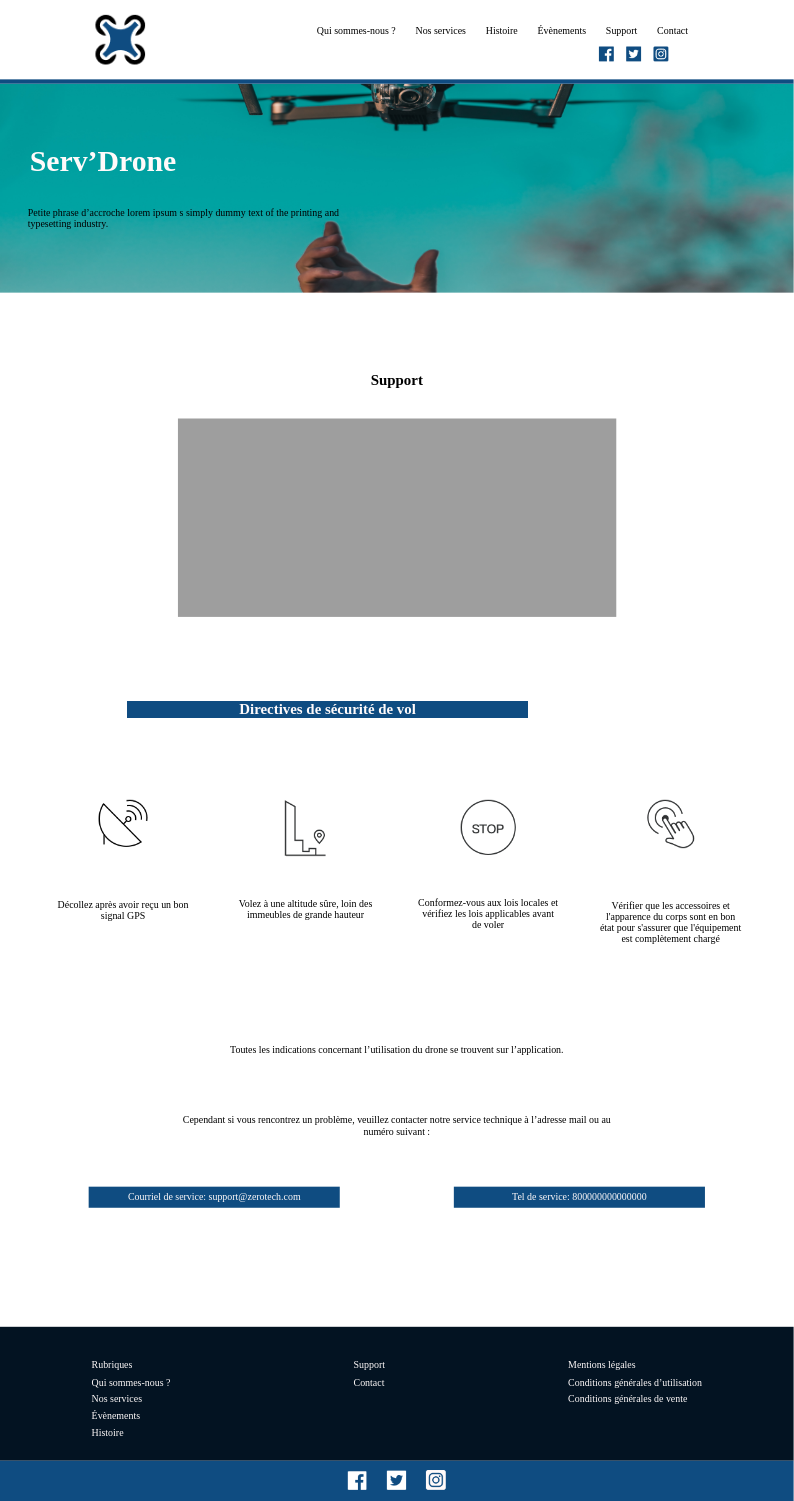
Repository: clairedupuich/serv_drone
Page: http://localhost/support.html
The author's editor kept a copy of each file at every save. The page is drawn from the files as they stood at one save, then again after the next save.
The browser window is 1280 px wide. The pictures show the whole page, at 62% of full size.
Pictures or frames that could not be fetched are drawn as grey boxes. The page is run by PHP 8.4 with error messages shown; the project is at /var/www/html/.

Above is the page before, as saved 2020-10-29 23:47:40.

### support.html
<!DOCTYPE html>
<html lang="en">

<head>
    <meta charset="UTF-8">
    <meta name="viewport" content="width=device-width, initial-scale=1.0">
    <title>Document</title>
    <link rel="stylesheet" href="style.css">
</head>

<body>
    <header>
        <section class="navLogo">
            <img src="img/Group 5.png" class="logo">
            <div class="navAndIcon">
                <ul class="nav">
                    <li class=""> <a href=""> Qui sommes-nous ?</a></li>
                    <li class=""> <a href=""> Nos services</a></li>
                    <li class=""> <a href=""> Histoire</a></li>
                    <li class=""> <a href=""> Évènements</a></li>
                    <li class=""> <a href=""> Support</a></li>
                    <li class=""> <a href=""> Contact</a></li>
                </ul>

                <div class="iconHeader">
                  <a href="" class="iconHaut"><img src="img/Vector.png" alt=""></a>
                  <a href="" class="iconHaut"><img src="img/Vector(1).png" alt=""></a>
                  <a href="" class="iconHaut"><img src="img/Vector(2).png" alt=""></a>
                </div>
            </div>
        </section>
        <section class="grandImg">
            <h2>Serv’Drone</h2>
            <p class="inHeaderP">Petite phrase d’accroche lorem ipsum s simply dummy text
                of the printing and typesetting industry.</p>
        </section>
    </header>
    <section class="contenueSupport">
        <section class="videoDiv">
            <h2>Support</h2>
            <iframe width="60%" min-width="320px" height="320px" src="https://www.youtube.com/embed/rnkqKYyqMcI" frameborder="0"
                allow="accelerometer; autoplay; clipboard-write; encrypted-media; gyroscope; picture-in-picture"
                allowfullscreen></iframe>
        </section>
        <h2 class="titreIcon">Directives de sécurité de vol</h2>
        <section class="iconText">
            <figure class="fig">
                <img src="img/index7.png" alt="" class="icon icon1" />
                <figcaption>Décollez après avoir reçu un bon signal GPS</figcaption>
            </figure>
            <figure class="fig">
                <img src="img/index5.png" alt="" class="icon" />
                <figcaption>Volez à une altitude sûre, loin des immeubles de grande hauteur</figcaption>
            </figure>
            <figure class="fig">
                <img src="img/index4.png" alt="" class="icon" />
                <figcaption>Conformez-vous aux lois locales et vérifiez les lois applicables avant de voler</figcaption>
            </figure>
            <figure class="fig">
                <img  src="img/index6.png" alt="" class="icon icon4" />
                <figcaption>Vérifier que les accessoires et l'apparence du corps sont en bon état pour s'assurer que
                    l'équipement est complètement chargé</figcaption>
            </figure>
        </section>
        <section class="">
            <p class="repaire">Toutes les indications concernant l’utilisation du drone se trouvent sur l’application.</p>
            <p class="repaire">Cependant si vous rencontrez un problème, veuillez contacter notre service technique à l’adresse mail ou au numéro suivant :</p>
            <div class="teleMail">
                <p class="tele">Courriel de service: support@zerotech.com</p>
                <p class="mail">Tel de service: 800000000000000</p>
            </div>
        </section>
    </section>
    <footer>
        <div class="textFooterC">
            <div class="texFooter">
                <a href="" class="textFooterEle">Rubriques</a>
                <a href="" class="textFooterEle">Qui sommes-nous ? </a>
                <a href="" class="textFooterEle">Nos services</a>
                <a href="" class="textFooterEle">Évènements</a>
                <a href="" class="textFooterEle">Histoire</a>


            </div>
            <div class="texFooter">
                <a href="" class="textFooterEle">Support</a>
                <a href="" class="textFooterEle">Contact</a>
            </div>
            <div class="texFooter">
                <a href="" class="textFooterEle">Mentions légales</a>
                <a href="" class="textFooterEle">Conditions générales d’utilisation</a>
                <a href="" class="textFooterEle">Conditions générales de vente</a>
            </div>
        </div>
        <div class="iconsFooter">
               <img src="img/Vector 1.png" alt="" class="iconFooter">
               <img src="img/Vector2.png" alt="" class="iconFooter">
               <img src="img/Vector 3.png" alt="" class="iconFooter">
        </div>
    </footer>
</body>

</html>

### style.css
/* header commence ci-desous */
.navLogo {
    display: flex;
    flex-wrap: wrap;
    flex-direction: row;
    justify-content: space-around;
    align-items: center;
    padding: 1.5em;
}
.logo {
    width: 5em;
    height: 5em;
    margin-left: 0;
}
.nav {
    display: flex;
    flex-wrap: wrap;
    flex-direction: row;
    justify-content: space-between;
    margin-bottom: 0;
}
.nav > li {
    text-decoration: none;
    transition-property: transform;
    transition-duration: .2s;
    transform: scale(1);
    padding: 1em;
    list-style: none;
}
.nav > li > a {
    list-style: none;
    color:black;
    text-decoration: none;

}
.nav > li:hover {
    transform: scale(1.3);
    color: rgb(10, 23, 204);

}

.nav > li > a:hover {
    transform: scale(1.3);
    color: rgb(10, 23, 204);

}
.iconHeader {
    text-align: end;
   margin-right: 3em;
}
.iconHaut {
    margin-left: 1em;
}
.grandImg {
    background-image: url(img/headerimg.png);
    border-top: 7px solid #0F4C81;
    background-repeat: no-repeat;
    background-origin: border-box;
    background-position: center;
}
.grandImg > h2 {
    color: snow;
    font-size:3em ;
    margin: 0 auto 1em 1em;
    padding-top: 2em;
}
.inHeaderP {
    width: 40%;
    margin-bottom: 7em;
    padding-bottom: 8%;
    padding-left: 3.5%;
}
@media screen and (max-width: 770px) {
    .inHeaderP {
        width: 70%;
        margin-bottom: 6em;
        padding: 8% auto;
    }
    .grandImg > h2 {
        color: snow;
        font-size:2em ;
        margin: 0 auto 1em 1em;
        padding-top: 2em;
    }
}
/* page support commence */
*{
    margin: 0;
    padding: 0;
}
.videoDiv,
.iconText, {
    margin-bottom: 7em;
}
.contenueSupport {
   margin: 4em auto;
   padding: 1em 4%;
   text-align: center;
}
iframe {
    min-width: 300px;
}
.videoDiv > h2 {
   margin-bottom: 2em;
}

/* les icons de page support commence */
.titreIcon {
    color: snow;
    background-color: #0F4C81;
    background-clip: content-box;
    margin: 5em 12%;
    padding: .5em;
    width: 55%;
}

.iconText {
    display: flex;
    flex-direction: row;
    flex-wrap: wrap;
    justify-content: space-around;
}
.fig {
    width: 25%;
    margin-bottom: 7em;
}
.icon {
    margin-bottom: 2em;
}
.icon1,
.icon4 {
    margin-bottom: 3em;
}
.fig > figcaption {
    text-align: center;
    padding: 2em;
}

.repaire {
    margin-bottom: 4em;
    padding: 1em 15em;
}
.teleMail {
    display: flex;
    flex-direction: row;
    flex-wrap: wrap;
    justify-content: space-around;
}
.tele,
.mail {
    color: snow;
    background-color: #0F4C81;
    margin-bottom: 3em;
    padding: .5em;
    width: 33%;
}

/* page qui somme nous commence */
.quiHaut {
    text-align: center;
    background-color: #031322;
    background-clip: border-box;
    padding: 3em 17%;
    color: snow;
}
.littleTitre {
    font-weight: bold;
    padding: 2em;
    font-size: 1.2em;
}
.quiText {
    padding-bottom: 9em;
    line-height: 1.5em;
    text-align: justify;
}
.chefs {
    /* background-color: #031322; */
    background-clip: border-box;
    padding:2em 8%;
   /*  color: snow; */
}
.chefs > h4 {
    margin-left: 4em;
}
.man {
    display: flex;
    flex-wrap: wrap;
    flex-direction: row;
    justify-content: space-around;
    margin-bottom: 6em;
}
.imgMan2 {
    display: none;
}
.manText {
    width: 35%;
    text-align: justify;

}
@media screen and (max-width: 380px){
    .manText {
        width: 65%;
        text-align: justify;

    }
    .imgMan2 {
        display: block;
    }
    .imgManComputer {
        display: none;
    }
}

/* footer commence */
footer {

    color: snow;
    margin-top: 8em;
}
.textFooterC {
    background-color: #031322;
    display: flex;
    flex-direction: row;
    flex-wrap: wrap;
    justify-content: space-around;
    padding-top: 3em;
    padding-bottom: 2em;
}
.texFooter {
    display: flex;
    flex-direction: column;
    line-height: 1.7em;
    background-clip: border-box;
}
/* .textFooter2 {
    margin-right: 19em;
} */
.textFooterEle {
    text-decoration: none;
    list-style: none;
    color: snow;
}
.iconsFooter {
    background-color: #0F4C81;
    text-align: center;
}
.iconFooter{
   padding: 0.9em;
}

/* page contact commence */
.contenueContact {
    padding:2em 9%;
    background-color: #f2f3f3;
    background-clip: border-box;
}
.contact {
    display: flex;
    flex-direction: row;
    flex-wrap: wrap;
    justify-content: space-around;
    margin-bottom: 3em;
}
.contact > p {
    background-color: #ffffff;
    padding: 10% 2em;
    border-radius: 3em;
    margin-bottom: 1.5em;

}
.contact > p > span {
    font-size: 1.5em;
    display: block;
    margin-bottom: 1em;
}
.contact_img {
    border-radius: 3em;
    width: 40%;
    min-width: 20em;
}

/* formulaire ci-desous */
.cont h2 {
    margin: 6em auto 2em;
    text-align: center;
    width: 80%;
}

.hform {

    background-image: url(img/drone2.png);
    background-repeat: no-repeat;
    background-position-x: right;
    background-position-y: top;
}

.cont h3 {
    margin-bottom: 1em;
}

.contat-p {
    padding: 8px auto;
}

form {
    margin-top: 1.5em;

}

.nomemail {
    display: flex;
    flex-direction: row;
    flex-wrap: wrap;
    justify-content: space-between;

}

.form-nom {
    width: 40%;
    min-width: 16em;
}

.form-emil {
    width: 40%;
    margin-right:.5em;
    min-width: 16em;
}

.name {

    color: rgb(39, 37, 37);
    padding: 1em;
    width: 100%;
    margin: 0.7em auto;
}

.textarea {
    width: 100%;
    padding: 1.5em;
    font-size: 1em;
    margin-bottom: 2em;
    font-style: italic;

}

.contact-submit input {
    padding: .6em;
    font-size: 1em;
    background-color: #febf01;
    border: darkslategrey solid 1px;
    box-shadow: 2px 3x 6px black;
    border-radius: 3px;
    color: cornsilk;
    cursor: pointer;
}
@media screen and (max-width: 556px) {
    footer {
        margin-top: 5em;
        text-align: center;
    }
    .textFooterC {
        display: flex;
        flex-direction: column;
        flex-wrap: wrap;
        justify-content: space-around;
        padding-top: 3em;
        padding-bottom: 2em;
    }
    .texFooter {
        display: flex;
        flex-direction: column;
        line-height: 1.7em;
        background-clip: border-box;
    }

    .cont {
        background-image: url(img/drone2.png);
        background-repeat: no-repeat;
        background-position-x: right;
        background-position-y: top;
    }
    .hform {

        background-image: url();
    }

    .textarea {
        width: 92%;
    }

}
/* formulaier fini ici */

/* page d'aceuill commence */

.containerService {
    display: flex;
    flex-direction: row;
    flex-wrap: wrap;
    justify-content: space-around;
}
.imgService {
    width: 560px;
    height: 315px;
}
.textService {
    width: 40%;

}

After the next save:
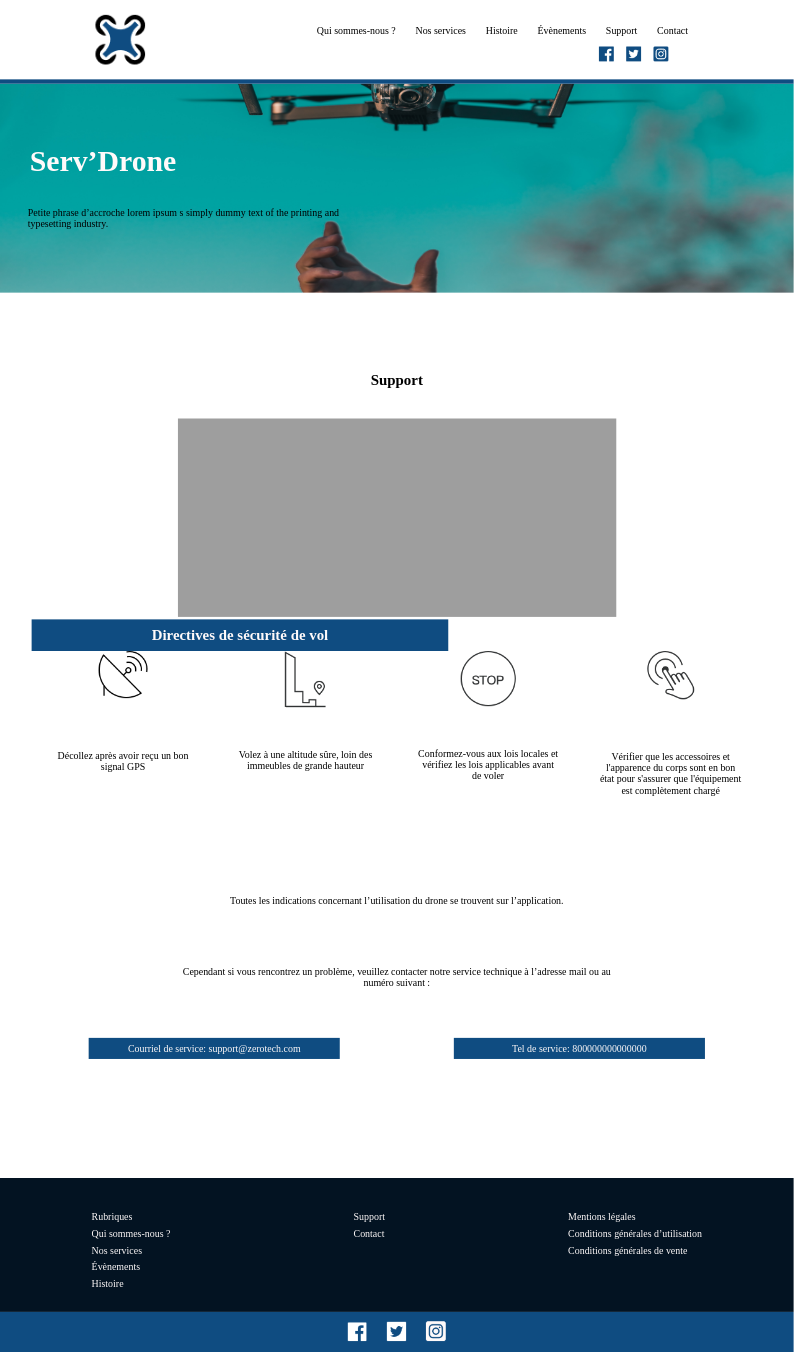
Saved 19 s later.
--- a/style.css
+++ b/style.css
@@ -108,7 +108,7 @@
 .titreIcon {
     color: snow;
     background-color: #0F4C81;
-    background-clip: content-box;
+    background-clip
     margin: 5em 12%;
     padding: .5em;
     width: 55%;

After the save that followed:
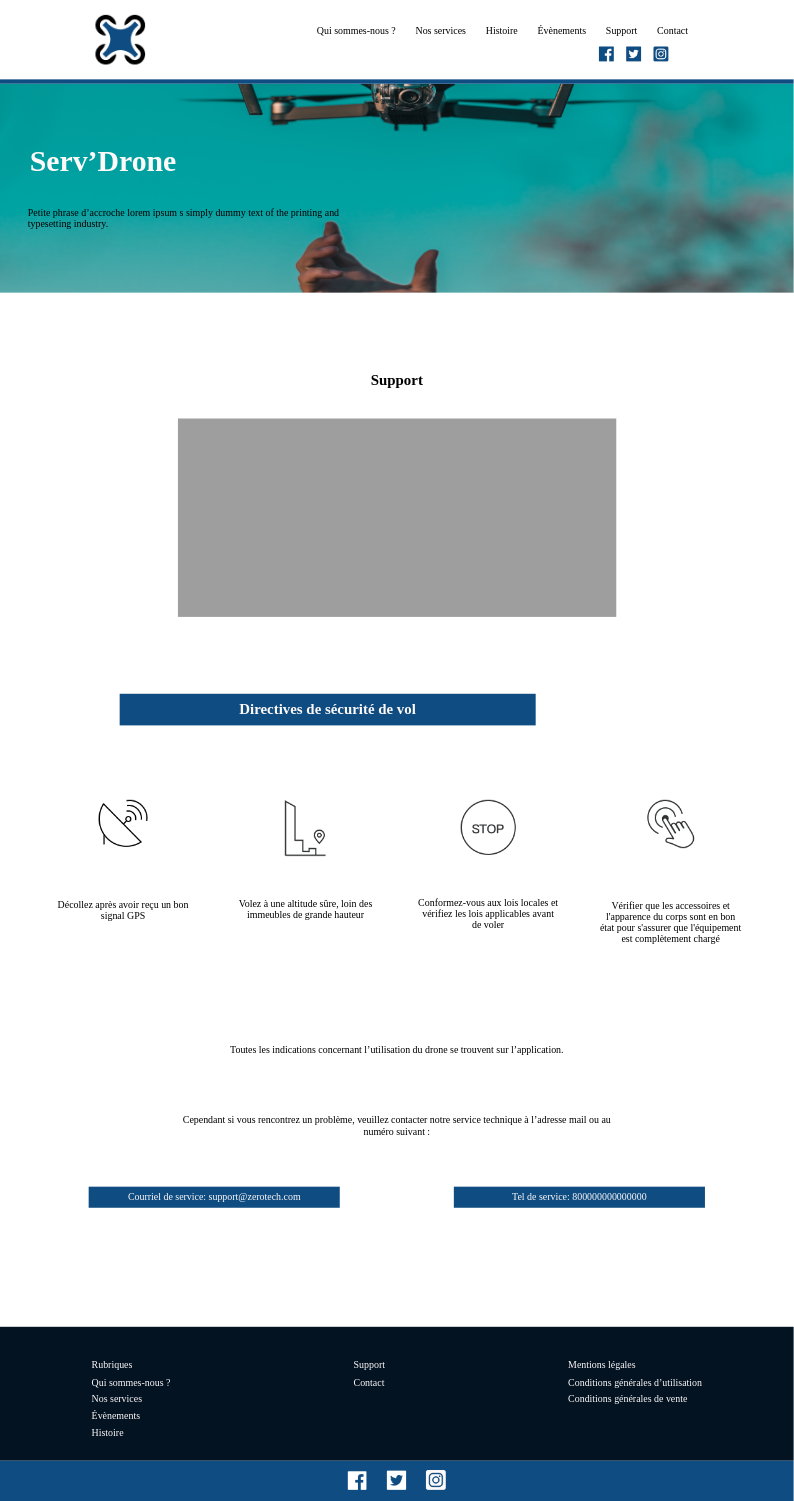
Saved 6 s later.
--- a/style.css
+++ b/style.css
@@ -108,7 +108,7 @@
 .titreIcon {
     color: snow;
     background-color: #0F4C81;
-    background-clip
+    background-clip: ;
     margin: 5em 12%;
     padding: .5em;
     width: 55%;
